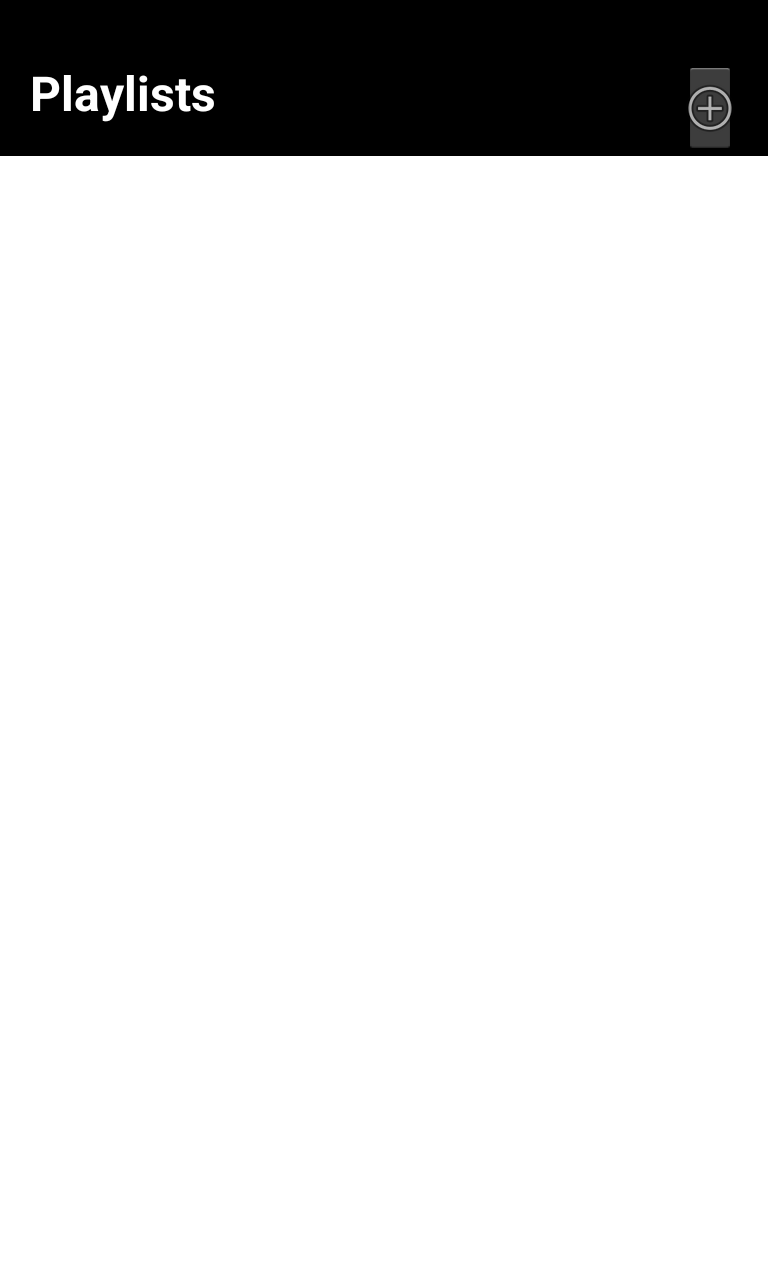
Repository: ohadsch/AwesomePlaylists
Layout: AwesomePlaylists/res/layout/activity_playlists.xml
These files come from the project's save history. The layout is drawn as it stood at one moment and after the next save; the edit follows.
It is drawn on a 768 x 1280 px phone screen (xhdpi) without system bars, with theme AppTheme; the app's code is not run.

Above is the layout before, as saved 2014-04-29 08:22:26.

### AwesomePlaylists/res/layout/activity_playlists.xml
<ScrollView xmlns:android="http://schemas.android.com/apk/res/android"
    android:layout_width="fill_parent" android:layout_height="fill_parent">

<LinearLayout
    android:id="@+id/playlists_main_layout"
    android:layout_width="fill_parent"
    android:layout_height="wrap_content"
    android:orientation="vertical"
    android:background="@android:color/black"
    android:paddingLeft="15dp"
    android:paddingRight="15dp"
    android:paddingTop="30dp" >

    <LinearLayout
        android:layout_width="fill_parent"
        android:layout_height="wrap_content"
        android:orientation="horizontal">
        <TextView
            android:id="@+id/playlists_title"
	        android:layout_width="fill_parent"
	        android:layout_height="wrap_content"
	        android:text="@string/playlists_title"
	        android:textSize="@dimen/caption"
	        android:textColor="@android:color/white"
	        android:textStyle="bold"
			android:layout_weight=".50" />

        <ImageButton
            android:id="@+id/add_playlist_img"
            android:layout_width="wrap_content"
            android:layout_height="wrap_content"
            android:layout_weight=".50"
            android:src="@android:drawable/ic_menu_add"
            android:contentDescription="@string/add_playlist_description" />
    </LinearLayout>
</LinearLayout>
</ScrollView>

### AwesomePlaylists/res/values/strings.xml
<?xml version="1.0" encoding="utf-8"?>
<resources>

    <string name="app_name">AwesomePlaylists</string>
    <string name="hello_world">Hello world!</string>
    <string name="action_settings">Settings</string>
    <string name="title_activity_library">LibraryActivity</string>
    <string name="title_activity_playlists">PlaylistsActivity</string>
    <string name="title_activity_play_it">PlayItActivity</string>
    <string name="title_activity_Settings">SettingsActivity</string>
    <string name="title_activity_add_edit_playlist">AddEditPlaylistActivity</string>

    <!--  Main Activity -->
    <string name="main_title">AwesomePlaylists!</string>

    <!-- Library Activity -->
    <string name="library_title">Library</string>
    <string name="song_name_template">Song</string>
    <string name="song_artist_template">Artist</string>
    <string name="delete_song_description">Remove this song</string>
    <string name="add_song_description">Add new song</string>

    <!-- Playlists Activity -->
    <string name="playlists_title">Playlists</string>
    <string name="add_playlist_description">Add new playlist</string>
    <string name="playlist_example_1">Running in gym</string>
    <string name="playlist_example_2">Driving to work</string>
    <string name="playlist_example_3">Another playlist...</string>
    <string name="edit_playlist_description">Edit</string>
    <string name="share_playlist_description">Share</string>
    <string name="delete_playlist_description">Delete</string>


    <string name="playlist_name">Playlist_name</string>

</resources>

### AwesomePlaylists/res/values/dimens.xml
<resources>

    <!-- Default screen margins, per the Android Design guidelines. -->
    <dimen name="activity_horizontal_margin">16dp</dimen>
    <dimen name="activity_vertical_margin">16dp</dimen>


    <dimen name="caption">24dp</dimen>
    <dimen name="big_text">18dp</dimen>
    <dimen name="medium_text">16dp</dimen>
    <dimen name="small_text">14dp</dimen>

</resources>

Loaded but not shown: AwesomePlaylists/res/values/styles.xml (common file); AwesomePlaylists/res/values-v11/styles.xml (common file); AwesomePlaylists/res/values-v14/styles.xml (common file)

After the next save:
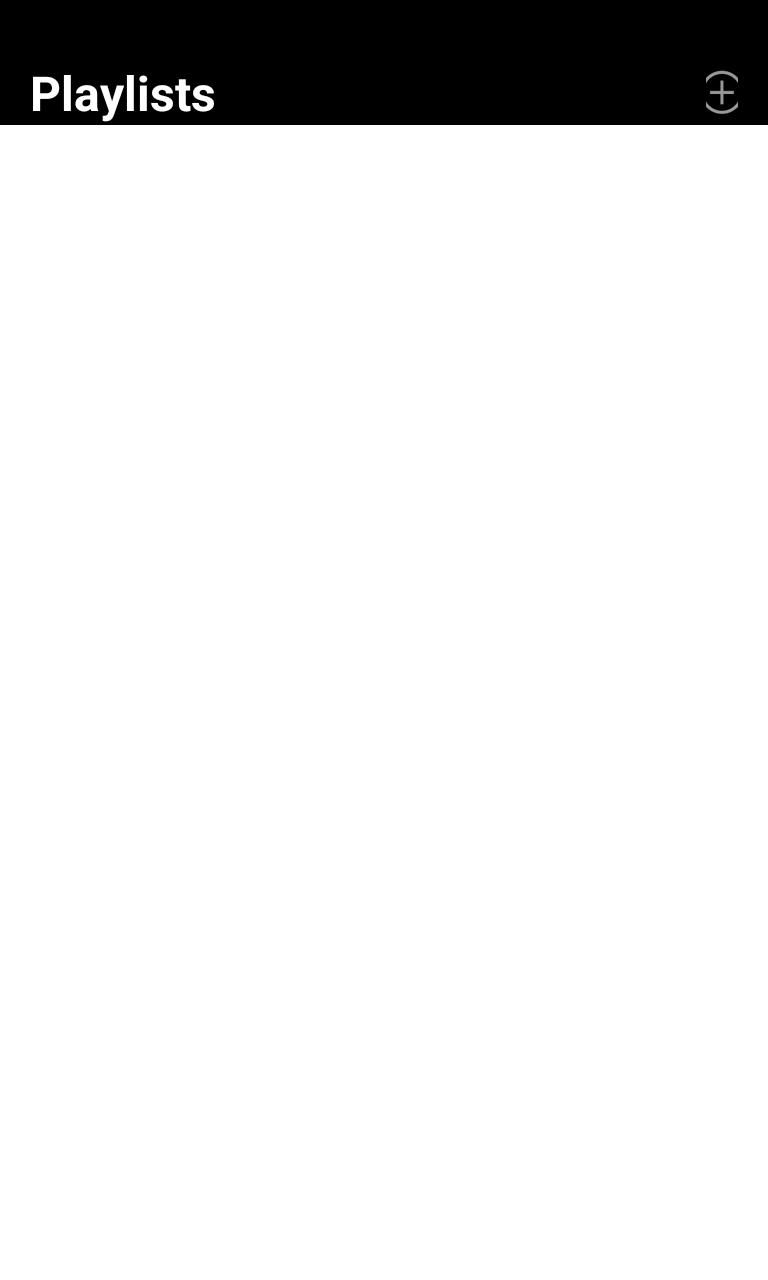
Saved 27 h 5 min later.
--- a/AwesomePlaylists/res/layout/activity_playlists.xml
+++ b/AwesomePlaylists/res/layout/activity_playlists.xml
@@ -31,6 +31,7 @@
             android:layout_height="wrap_content"
             android:layout_weight=".50"
             android:src="@android:drawable/ic_menu_add"
+            android:background="@android:color/black"
             android:contentDescription="@string/add_playlist_description" />
     </LinearLayout>
 </LinearLayout>
